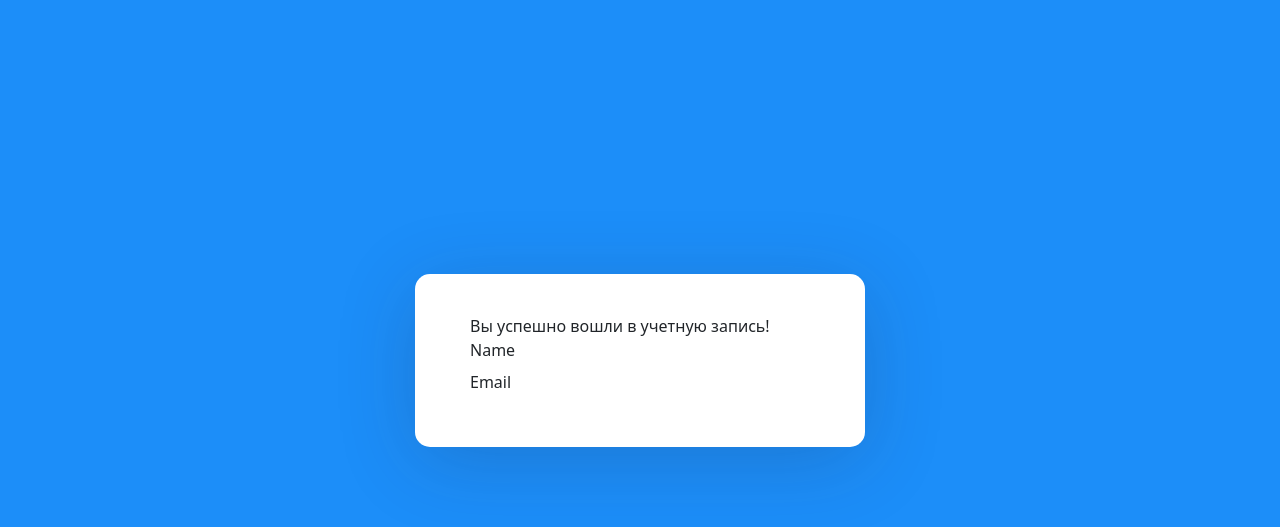
Repository: bandikost/cartoon
Page: /userDetails
The author's editor kept a copy of each file at every save. The page is drawn from the files as they stood at one save, then again after the next save.
The browser window is 1280 px wide. The pictures show the whole page.
The page's requests for data from a server got no answer. The project was rebuilt for these pictures with package versions that can differ from the ones it lists, and the page was loaded fresh each time. No one was signed in, and anything a server would have sent is missing. Also part of the build but not shown: src/components/signup_component.js. Imported but missing from the stored project, and not drawn on this page: src/components/login_component.

Above is the page before, as saved 2022-11-28 17:44:17.

### src/App.js
import React from "react";
import "../node_modules/bootstrap/dist/css/bootstrap.min.css";
import "./App.css";
import { BrowserRouter as Router, Routes, Route } from "react-router-dom";

import Login from "./components/login_component";
import SignUp from "./components/signup_component";
import UserDetails from "./components/userDetails";

function App() {
  return (
    <Router>
      <div className="App">
        <div className="auth-wrapper">
          <div className="auth-inner">
            <Routes>
              <Route exact path="/" element={<Login />} />
              <Route path="/sign-in" element={<Login />} />
              <Route path="/sign-up" element={<SignUp />} />
              <Route path="/userDetails" element={<UserDetails />} />
            </Routes>
          </div>
        </div>
      </div>
    </Router>
  );
}

export default App;

### src/components/userDetails.js
import React, { Component } from "react";

export default class UserDetails extends Component {
  constructor(props) {
    super(props);
    this.state = {
      userData: "",
    };
  }
  componentDidMount() {
    fetch("http://localhost:5000/userData", {
      method: "POST",
      crossDomain: true,
      headers: {
        "Content-Type": "application/json",
        Accept: "application/json",
        "Access-Control-Allow-Origin": "*",
      },
      body: JSON.stringify({
        token: window.localStorage.getItem("token"),
      }),
    })
      .then((res) => res.json())
      .then((data) => {
        console.log(data, "userData");
        this.setState({ userData: data.data });
      });
  }
  render() {
    return (
      <div>
        Вы успешно вошли в учетную запись!

        Name<h1>{this.state.userData.fname}</h1>
        Email <h1>{this.state.userData.email}</h1>
      </div>
    );
  }
}

Loaded but not shown: public/index.html (common file); src/index.js (common file); src/index.css (common file); src/reportWebVitals.js (common file); src/App.css (common file)

After the next save:
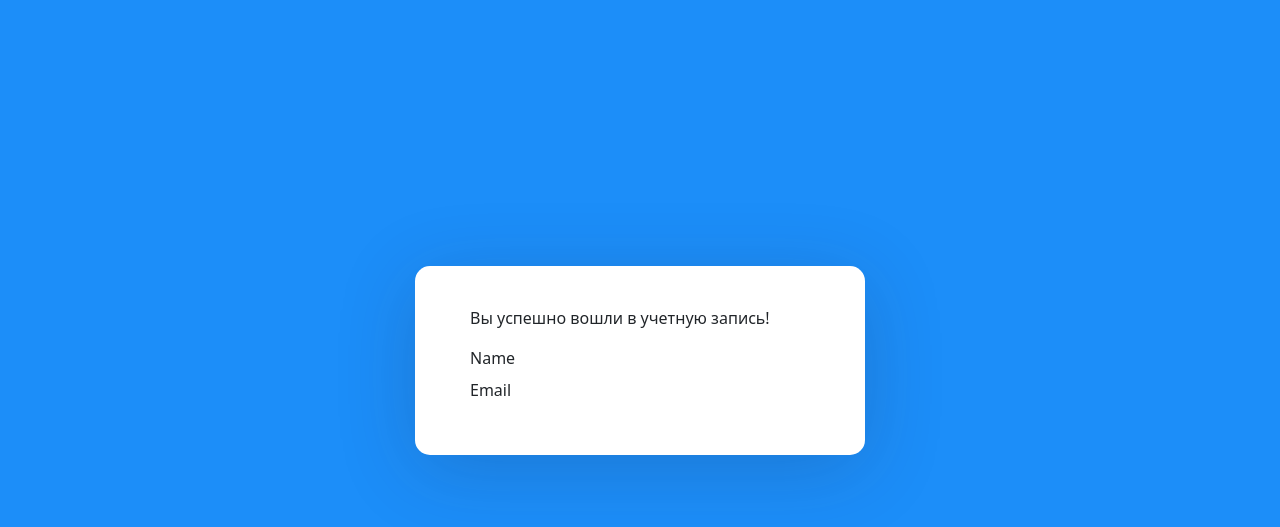
Saved 23 s later.
--- a/src/components/userDetails.js
+++ b/src/components/userDetails.js
@@ -29,8 +29,7 @@ export default class UserDetails extends Component {
   render() {
     return (
       <div>
-        Вы успешно вошли в учетную запись!
-
+        <p>Вы успешно вошли в учетную запись!</p>
         Name<h1>{this.state.userData.fname}</h1>
         Email <h1>{this.state.userData.email}</h1>
       </div>
